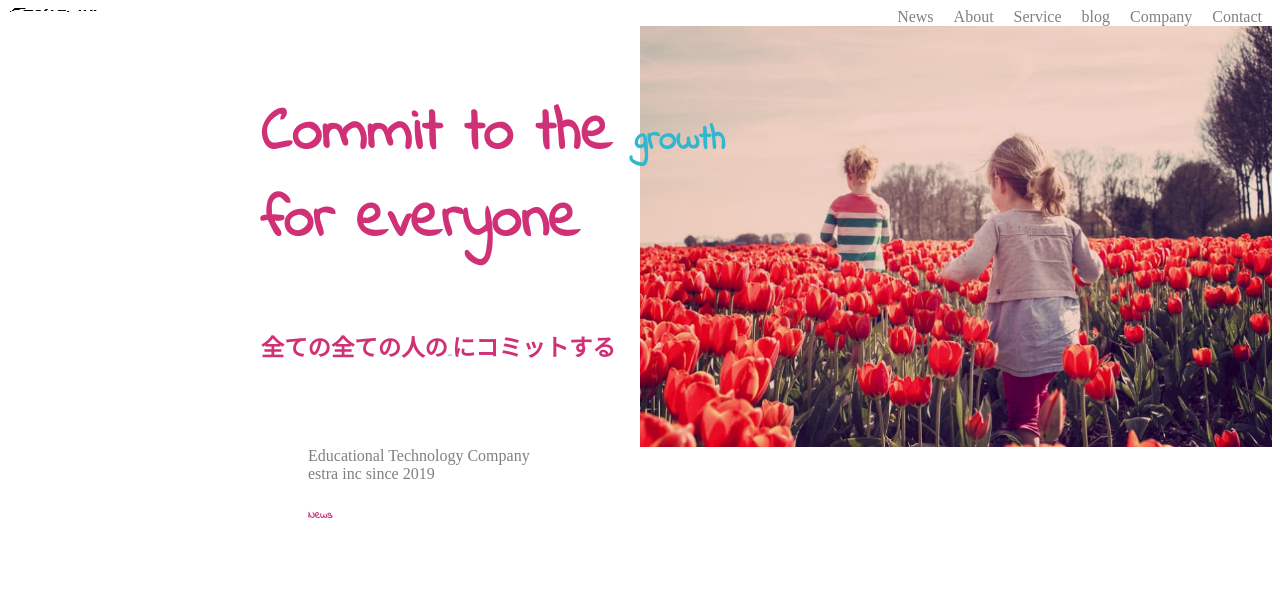
Repository: sigemasaasuka/20210902
Page: index.html
These files come from the project's save history. The page is drawn as it stood at one moment and after the next save; the edit follows.
The browser window is 1280 px wide. The pictures show the whole page.

Above is the page before, as saved 2021-09-08 17:34:34.

After the next save:
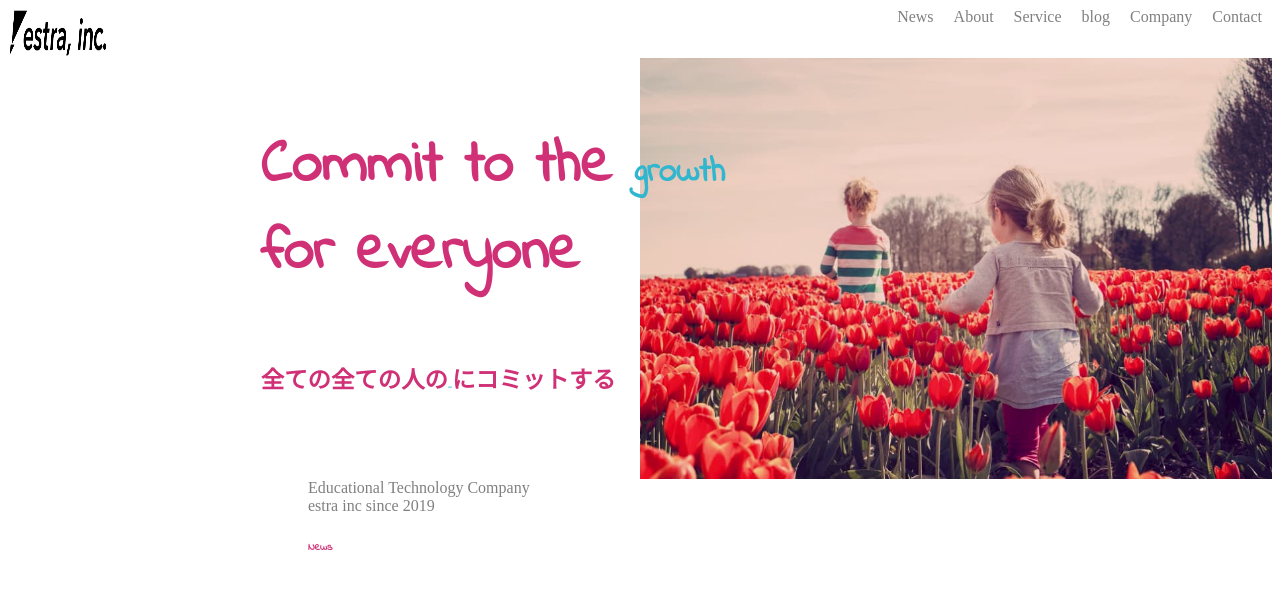
Saved 4 s later.
--- a/index.html
+++ b/index.html
@@ -13,8 +13,7 @@
 
 <body>
   <div class="flex">
-    <img src="img/img/estra_logo.png" alt="estra_logo" width="100px" height="4
-    0px">
+    <img src="img/img/estra_logo.png" alt="estra_logo" width="100px" height="50px">
     <div class="parent">
       <div class="child">News</div>
       <div class="child">About</div>
